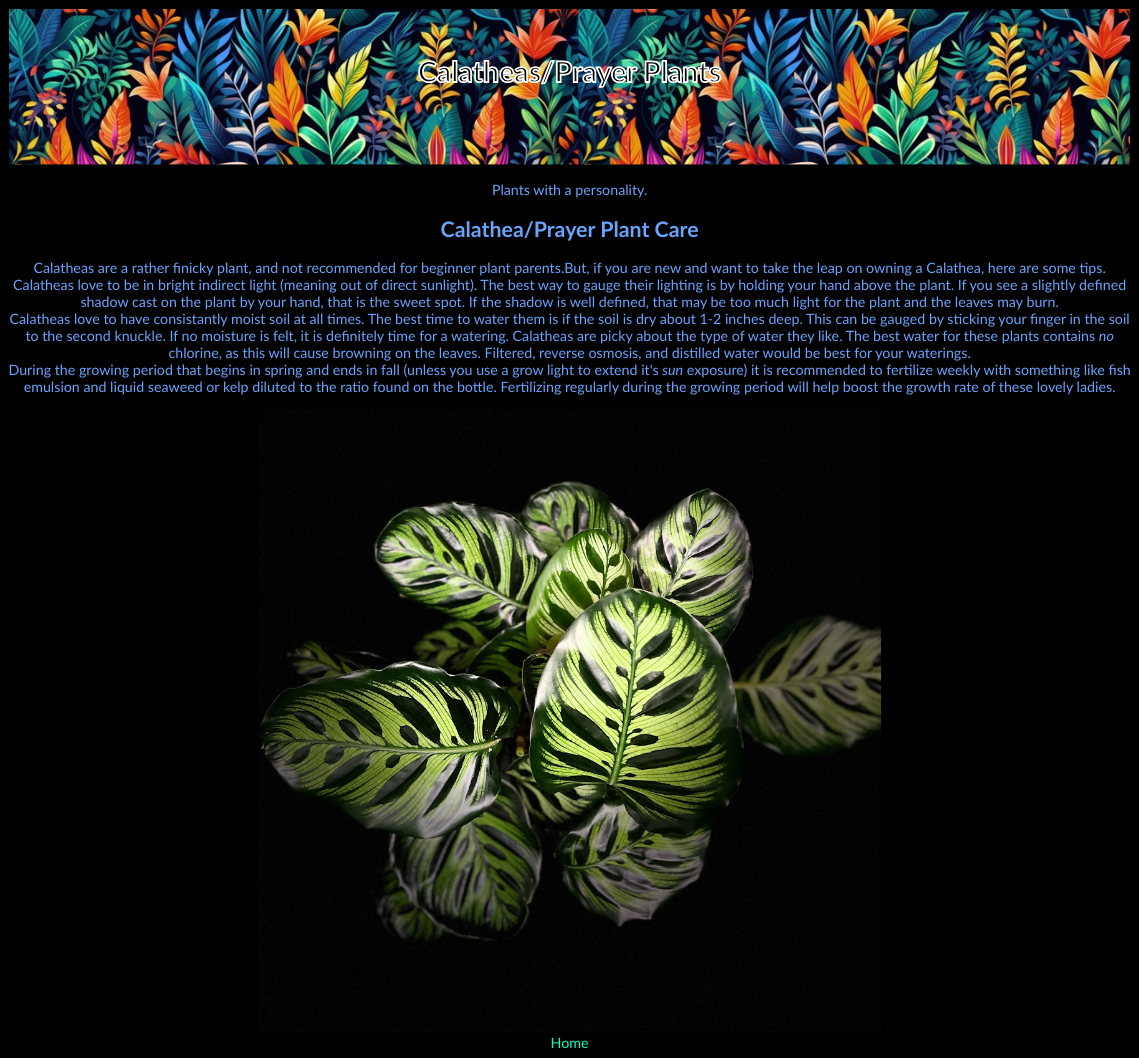
Repository: swillis91/odin-recipies
Page: Planty Page/calatheas.html
An editor plug-in stored every save of this project. The page is shown before and after the next save, followed by the edit.
The browser window is 1280 px wide. The pictures show the whole page, at 89% of full size.

Above is the page before, as saved 2023-08-11 23:28:29.

### Planty Page/calatheas.html
<!DOCTYPE html>
    <html>
        <head>
            <title>Calatheas</title>
            <link href="style.css" rel="stylesheet"
        </head>
        <body>
            <h1 class="heading"><b>Calatheas/Prayer Plants</b></h1>
              <p>Plants with a personality.</p>
            <h2 class="species">Calathea/Prayer Plant Care</h2>
              <p class="care">Calatheas are a rather finicky plant, and not recommended for beginner plant parents.But, if you are new and want to take the leap on owning a Calathea, here are some tips.
                <br>
                Calatheas love to be in bright indirect light (meaning out of direct sunlight). The best way to gauge their lighting is by holding your hand above the plant. If you see a slightly defined shadow cast on the plant by your hand, that is the sweet spot. If the shadow is well defined, that may be too much light for the plant and the leaves may burn.
                <br>
                Calatheas love to have consistantly moist soil at all times. The best time to water them is if the soil is dry about 1-2 inches deep. This can be gauged by sticking your finger in the soil to the second knuckle. If no moisture is felt, it is definitely time for a watering. Calatheas are picky about the type of water they like. The best water for these plants contains <em>no</em> chlorine, as this will cause browning on the leaves. Filtered, reverse osmosis, and distilled water would be best for your waterings.
                <br>
                During the growing period that begins in spring and ends in fall (unless you use a grow light to extend it's <i>sun</i> exposure) it is recommended to fertilize weekly with something like fish emulsion and liquid seaweed or kelp diluted to the ratio found on the bottle. Fertilizing regularly during the growing period will help boost the growth rate of these lovely ladies.</p>
                <img src="./Images/makoyana.webp" id="calathea makoyana" width="700px">
            <footer>
                <nav>
                    <a href="./index.html" class="navigation">Home</a>

                </nav>
            </footer>
        </body>
    </html>

### Planty Page/style.css
body{
    background-color: rgb(0, 0, 0);
    color:rgb(106, 163, 250);
    text-align: center;
    font-family:'Trebuchet MS', 'Lucida Sans Unicode', 'Lucida Grande', 'Lucida Sans', Arial, sans-serif;
}

.heading{
    color: rgb(255, 255, 255);
    -webkit-text-fill-color: rgb(0, 0, 0);
    -webkit-text-stroke-width: 2px;
    -webkit-text-strole-color: rgb(255, 255, 255);
    text-transform: capitalize;
    border: 2px solid rgb(0, 3, 3);
    background-image: url('Images/banner.jpg');
    height: 75px;
    margin: 0 auto;
    padding:50px 20px;

}

div.box{
    border:2px solid black;
    display: flex;
    margin-left: auto;
    flex-direction:column;
}

#calathea-makoyana{
    width: 500px;
    Height: auto:
}

.navigation{
    color:rgb(1, 255, 192);
    text-decoration: none;
}

After the next save:
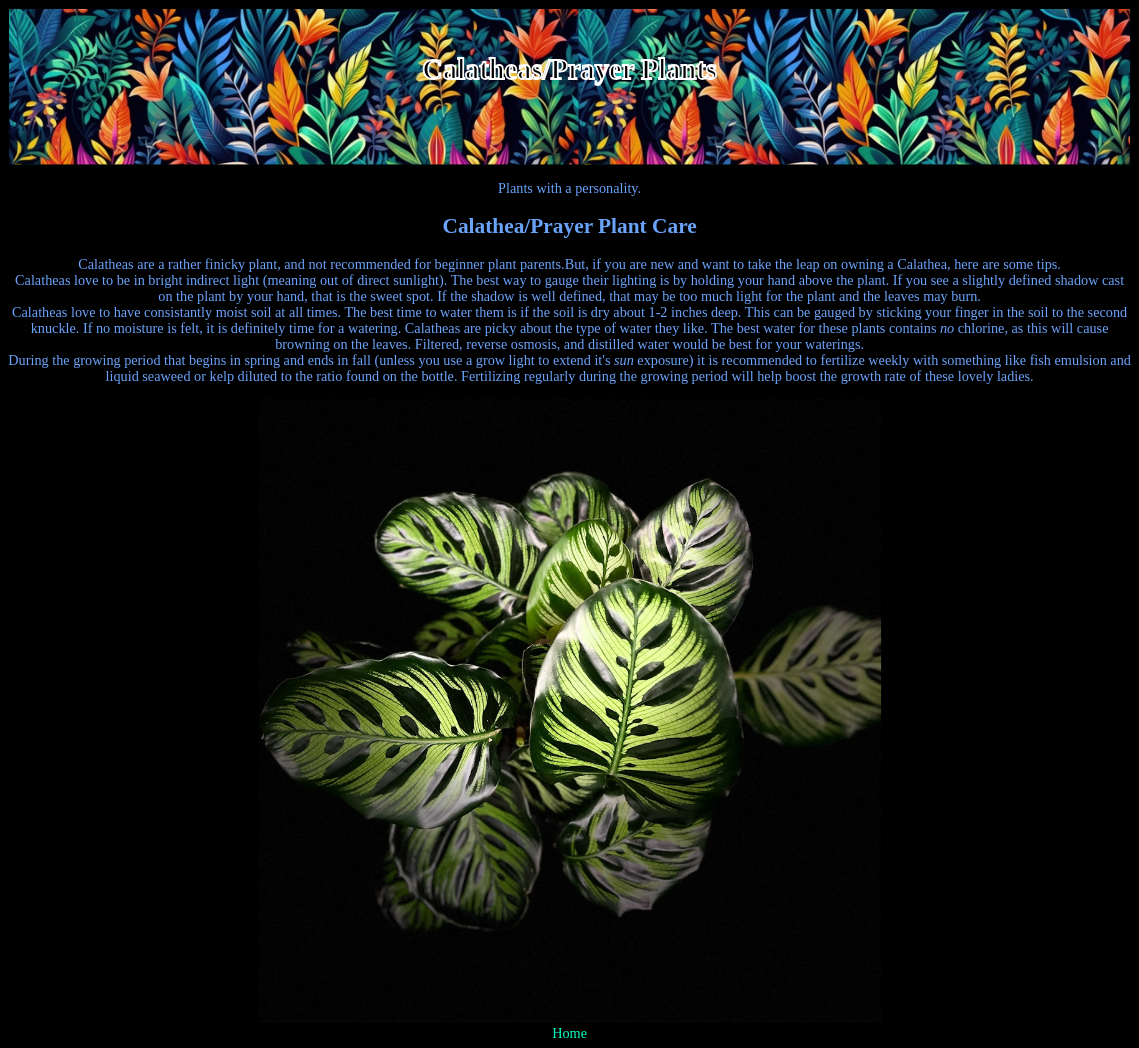
Saved 67 s later.
--- a/Planty Page/style.css
+++ b/Planty Page/style.css
@@ -2,7 +2,7 @@ body{
     background-color: rgb(0, 0, 0);
     color:rgb(106, 163, 250);
     text-align: center;
-    font-family:'Trebuchet MS', 'Lucida Sans Unicode', 'Lucida Grande', 'Lucida Sans', Arial, sans-serif;
+    font-family:;
 }
 
 .heading{
